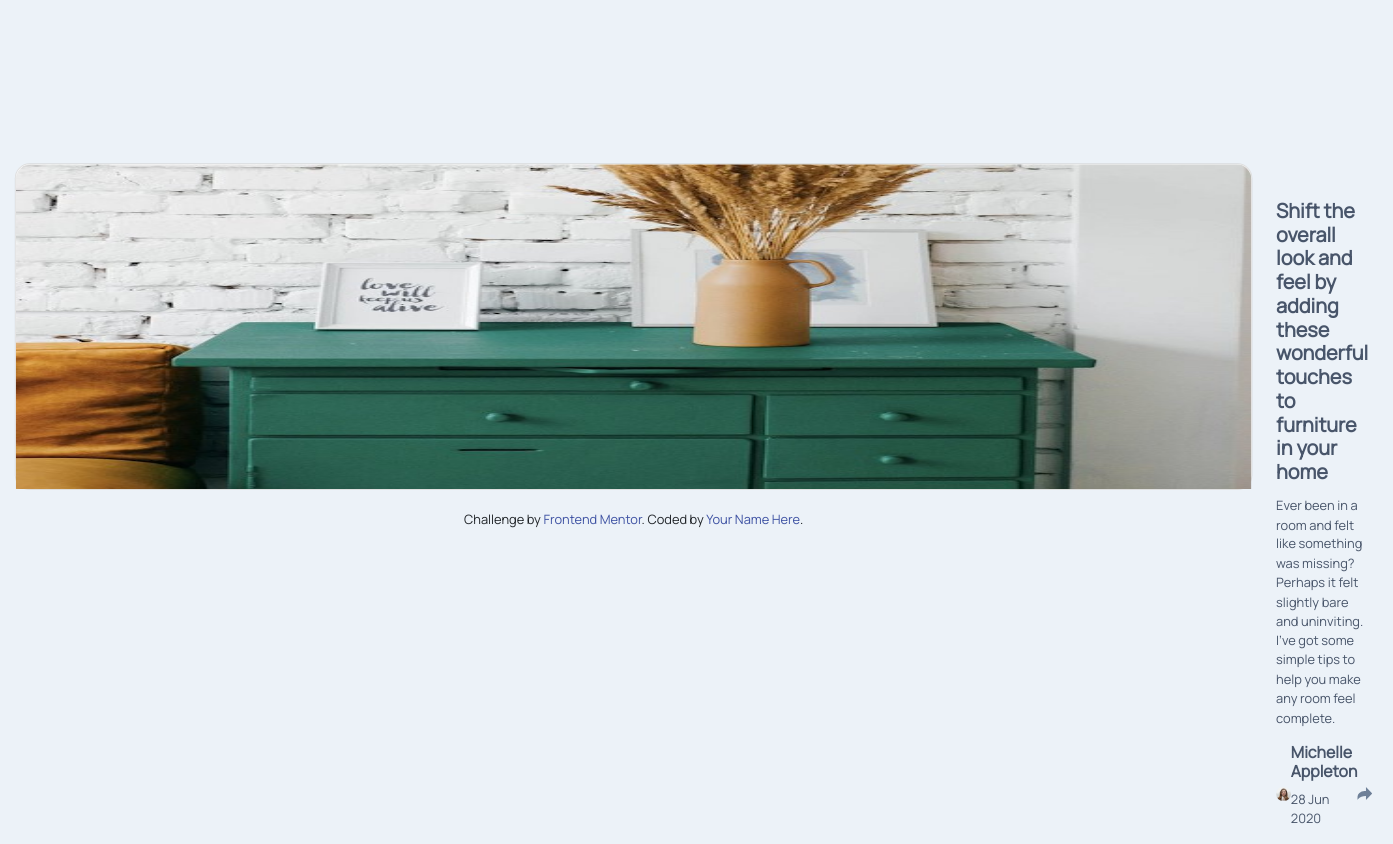
Repository: timiodulate/Article-Preview-Component
Page: index.html
The author's editor kept a copy of each file at every save. The page is drawn from the files as they stood at one save, then again after a run of saves.
The browser window is 1280 px wide. The page is 1407 px wide, then 1280 px, so the pictures cover 1407 px, including what lies to the right of the window. The pictures show the whole page, at 99% of full size.

Above is the page before, as saved 2020-07-11 12:43:47.

### index.html
<!DOCTYPE html>
<html lang="en">
<head>
  <meta charset="UTF-8">
  <meta name="viewport" content="width=device-width, initial-scale=1.0"> <!-- displays site properly based on user's device -->

  <link rel="icon" type="image/png" sizes="32x32" href="./images/favicon-32x32.png">

  <!-- Bootstrap -->
  <link rel="stylesheet" href="./css/bootstrap.min.css">

  <!-- Custom Style -->
  <link rel="stylesheet" href="./css/style.css">

  <title>Frontend Mentor | Article preview component</title>
</head>
<body>

  <div class="container-fluid d-flex flex-column justify-content-center align-items-center p-30">

    <div class="card">

      <img src="./images/drawers.jpg" alt="drawers" class="card-img-top img-fluid" >

      <div class="card-body">
        <h5 class="card-title">
          Shift the overall look and feel by adding these wonderful
          touches to furniture in your home
        </h5>
        <p class="card-text">
          Ever been in a room and felt like something was missing? Perhaps
          it felt slightly bare and uninviting. I’ve got some simple tips
          to help you make any room feel complete.
        </p>

        <div class="userDetails d-flex justify-content-between align-items-center">
          <img src="./images/avatar-michelle.jpg" alt="avatarImage" class="rounded-circle img-fluid avatarImage">

          <div class="nameDate">
            <h6>
              Michelle Appleton
            </h6>
            <p>
              28 Jun 2020
            </p>
          </div>

          <img src="./images/icon-share.svg" alt="">
        </div>
      </div>
    </div>
  </div>
  <div class="attribution">
    Challenge by <a href="https://www.frontendmentor.io?ref=challenge" target="_blank">Frontend Mentor</a>.
    Coded by <a href="#">Your Name Here</a>.
  </div>
</body>

  <script src="https://code.jquery.com/jquery-3.5.1.slim.min.js" integrity="sha384-DfXdz2htPH0lsSSs5nCTpuj/zy4C+OGpamoFVy38MVBnE+IbbVYUew+OrCXaRkfj" crossorigin="anonymous"></script>
  <script src="./js/bootstrap.min.js"></script>
</body>
</html>

### css/style.css
@import url('http://fonts.googleapis.com/css?family=Manrope');

/* Global Resets */
* {
    padding: 0;
    margin: 0;
    box-sizing: border-box;
}

html {
    /* font-family */
    --body: Manrope;

    /* font-weight */
    --normal: 500;
    --bold: 700;

    /* color */
    --background: hsl(210, 46%, 95%);
    --header: hsl(217, 19%, 35%);

    --text: hsl(212, 23%, 69%);
    --last-section: hsl(214, 17%, 51%);
}

body {
    width: 100vw;
    height: 100vh;

    display: flex;
    flex-direction: column;
    justify-content: center;

    font-family: var(--body);
    font-size: 13px;
    /* background-image: url(../images/bg-intro-desktop.png); */
    background-color: var(--background);
    /* background-blend-mode: screen; */
}

h5, h6 {
    color: var(--header);
    font-weight: var(--bold);
}
p {
    color: var(--header);
}


/* .main {
    padding: 30px;
} */
.card {
    border-radius: 15px;
    width: 330px;
}
.card-img-top {
    border-radius: 15px 15px 0 0;
}
.card-body {
    padding: 35px 25px 15px;
}
.avatarImage {
    width: 16%;
}


/* footer */
footer .footer-container {
    display: grid;
    grid-template-columns: repeat(4, 1fr);
    margin-bottom: 30px;
}
.attribution {
    font-size: 13px;
    text-align: center;
    /* color: var(--text); */
    padding: 20px;
}
.attribution a {
    color: hsl(228, 45%, 44%);
    text-decoration: none;
}



/* Media Queries - Responsiveness */
/* LG - Large Screen */
@media only screen and (min-width: 375px) {
    .card {
        display: flex;
        flex-direction: row;
        height: 330px;
        width: fit-content;
    }
    .card-img-top {
        width: ;
    }
}

/* MD - Medium Screen */
/* @media only screen and (max-width: 765px) {
    body {
        justify-content: initial;
	height: fit-content;
    }

    footer .footer-container {
        grid-template-columns: 1fr;
        margin-bottom: 20px;
        row-gap: 15px;
    }

    .attribution {
        font-size: .6rem;
        padding: 20px 10px;
        color: white;
    }
} */

/* SM - Small Screen */
/* @media only screen and (max-width: 576px){

} */


/* @timiodulate css template */

Loaded but not shown: css/bootstrap.min.css (library); js/bootstrap.min.js (library)

After the next 4 saves:
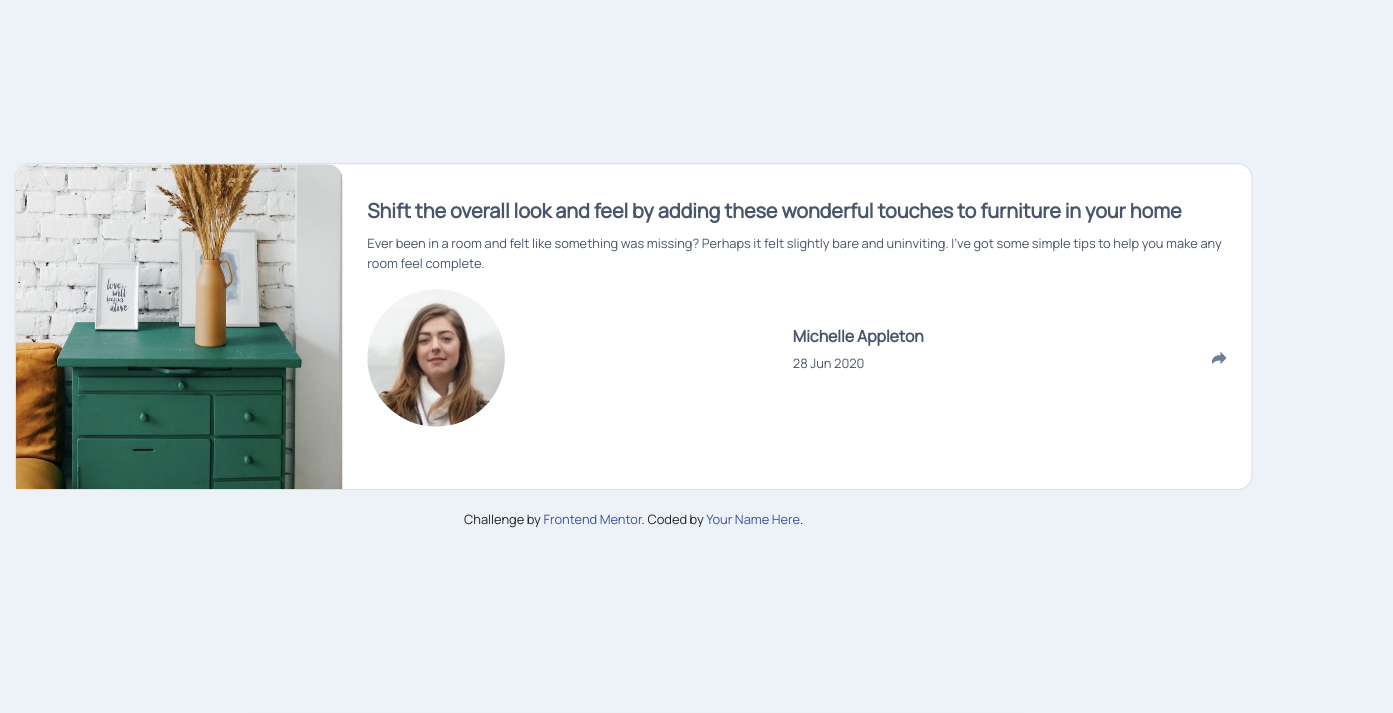
The 4 saves are shown as one change because they came seconds apart.
The last was saved 10 s later.
--- a/css/style.css
+++ b/css/style.css
@@ -94,7 +94,7 @@
         width: fit-content;
     }
     .card-img-top {
-        width: ;
+        width: 330px;
     }
 }
 
